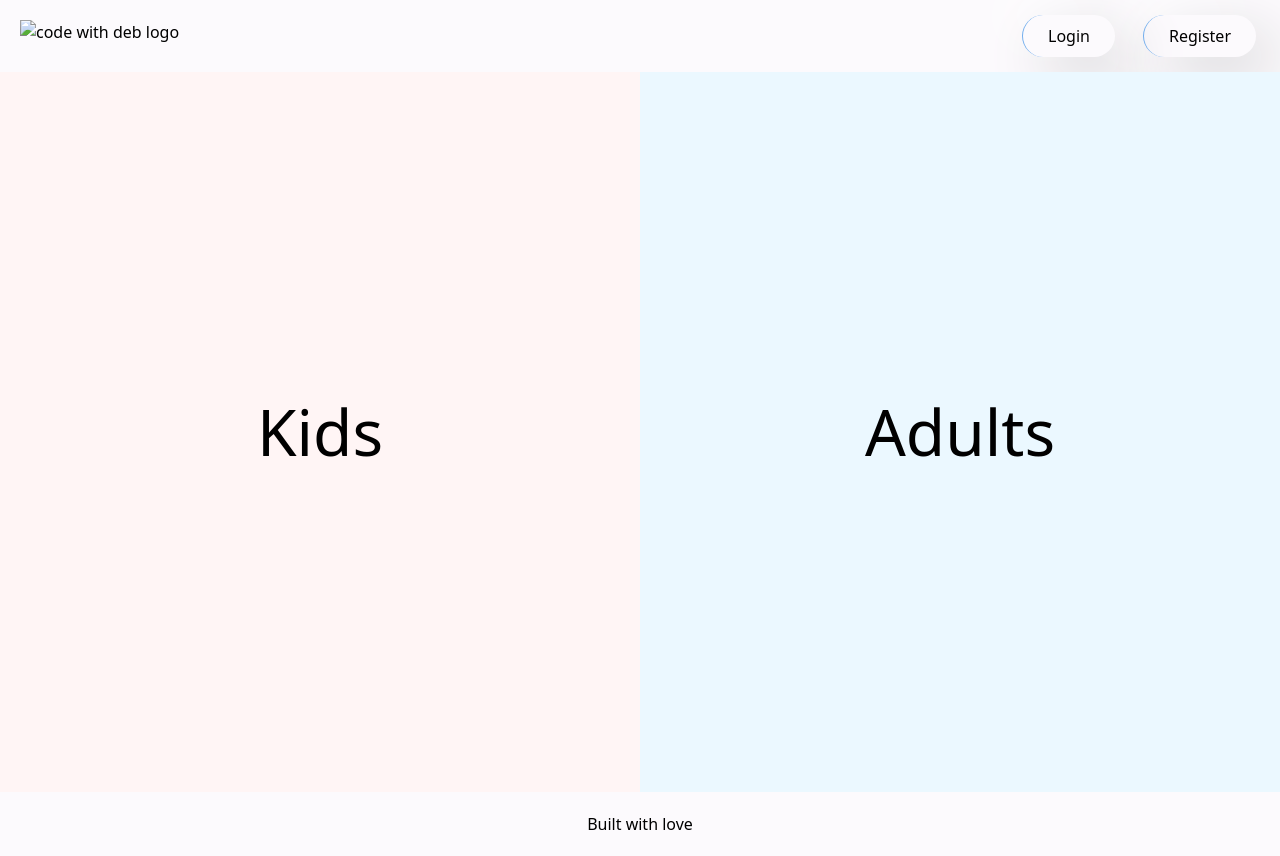
Repository: latenightsnacc/codewithdeb
Page: index.html
An editor plug-in stored every save of this project. The page is shown before and after the next save, followed by the edit.
The browser window is 1280 px wide. The pictures show the whole page.
The style sheet was rebuilt from its Sass, Less or Tailwind sources for each picture, by a compiler version that may differ from the author's.

Above is the page before, as saved 2020-11-25 14:41:13.

### index.html
<!DOCTYPE html>
<html lang="en">
<head>
    <meta charset="UTF-8">
    <meta name="viewport" content="width=device-width, initial-scale=1.0">
    <!--Tailwind CDN-->
    <link rel="stylesheet" href="https://cdnjs.cloudflare.com/ajax/libs/tailwindcss/1.9.6/base.min.css" integrity="sha512-hEjkvMSM0ql6VJcNK0gTmjt9ar8F2yHeBUbJKtyvQhkkbGMhiJ4+MaiB8XxsthLAHJx5vy2I9dN0un8HiWG2LA==" crossorigin="anonymous" />
    <link rel="stylesheet" href="https://cdnjs.cloudflare.com/ajax/libs/tailwindcss/1.9.6/components.min.css" integrity="sha512-TizAONqhvXjEfRPhptSUkZNVU497PzAnXNGNUoeOjeni4dHpJ+ak+ZsyoGna20LH/yg1PvdufN1VbnVQeVDftg==" crossorigin="anonymous" />
    <link rel="stylesheet" href="https://cdnjs.cloudflare.com/ajax/libs/tailwindcss/1.9.6/tailwind.css" integrity="sha512-HY1FOTeAX9idUBWDhVDrBg8QUHBisKVQ4BCVj1jFo5z76mk87w4Rr5YGP8nBkcGmoMzqYvdeXHMOg/olF45z3g==" crossorigin="anonymous" />
    <link rel="stylesheet" href="https://cdnjs.cloudflare.com/ajax/libs/tailwindcss/1.9.6/utilities.min.css" integrity="sha512-0QJfuLKyYJWGB5hKArJW67xqMLDlR8YaLM/ZuW2mRn4NRwHNsGm7UuREc5Fu7jONHyewPKnGODY0N8G+FQbfxg==" crossorigin="anonymous" />
    <link rel="stylesheet" href="styling/stylesheet.css">
    <title>Welcome to Code with Deb</title>
</head>
<body class="overflow-x-hidden light-bg">
    <!--Header-->
    <nav class="container">
        <div class="nav  w-full flex flex-row justify-between p-5">
            <!--Logo-->
            <a href="index.html">
                <img src="#" alt="code with deb logo">
            </a>
            <ul class="menu flex flex-row">
                <li class="nav-item m-1">
                    <a href="#" class="nav-link">Login</a>
                </li>
                <li class="nav-item m-1">
                    <a href="#" class="nav-link">Register</a>
                </li>
            </ul>
        </div>
    </nav>
    <!--End of Header-->

     <!--Content-->
    <main class="wrapper">
        <div class="container ">
            <div class="flex flex-row w-screen">
                <div class="w-1/2 h-screen flex items-center bg-red-100 justify-center">
                    <h1 class="text-6xl">Kids</h1>
                </div>
                <div class="w-1/2 h-screen flex items-center bg-blue-100 justify-center">
                    <h1 class="text-6xl">Adults</h1>
                </div>
            </div>
        </div>
    </main>
    <!--End of content-->

    <footer class="footer">
        <div class="container">
            <p class="text-center p-5">Built with love</p>
        </div>
    </footer>

    <!--Bootstrap Scripts-->
    <script src="https://code.jquery.com/jquery-3.5.1.slim.min.js" integrity="sha384-DfXdz2htPH0lsSSs5nCTpuj/zy4C+OGpamoFVy38MVBnE+IbbVYUew+OrCXaRkfj" crossorigin="anonymous"></script>
    <script src="https://cdn.jsdelivr.net/npm/popper.js@1.16.1/dist/umd/popper.min.js" integrity="sha384-9/reFTGAW83EW2RDu2S0VKaIzap3H66lZH81PoYlFhbGU+6BZp6G7niu735Sk7lN" crossorigin="anonymous"></script>
    <script src="https://cdn.jsdelivr.net/npm/bootstrap@4.5.3/dist/js/bootstrap.min.js" integrity="sha384-w1Q4orYjBQndcko6MimVbzY0tgp4pWB4lZ7lr30WKz0vr/aWKhXdBNmNb5D92v7s" crossorigin="anonymous"></script>
</body>
</html>

### styling/stylesheet.scss
@import 'variables';

.light-bg {
    background-color: $light;
}
.dark-bg {
    background-color: $dark;
}
.nav-link {
    padding: 10px 25px;
    box-shadow: $bsIn;
    margin-left: 20px;
    border-radius: 30px;
    border-left: 1px $blue solid;

    &:hover {
        box-shadow: $bsOut;

        border: 1px $blue solid;
    }
}

### styling/_variables.scss
$light: #fcfafd;
$dark: #000000;
$bsIn: 20px 20px 60px #d6d5d7,
-20px -20px 60px #ffffff;
$bsOut: -13px -13px 25px #d6d5d7,
13px 13px 25px #ffffff;
$blue: #71aded;
$blue2: #0263e4;

After the next save:
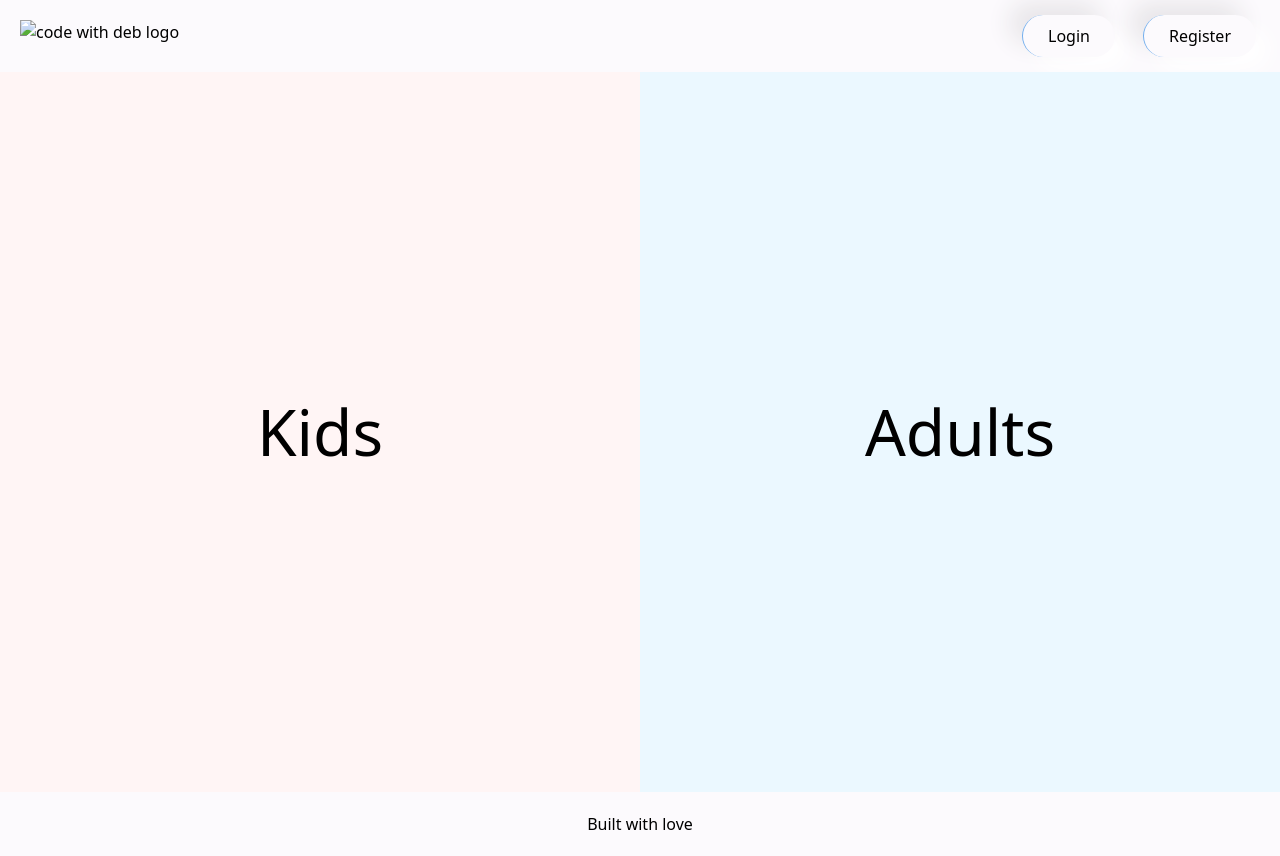
Saved 45 s later.
--- a/styling/_variables.scss
+++ b/styling/_variables.scss
@@ -1,7 +1,7 @@
 $light: #fcfafd;
 $dark: #000000;
-$bsIn: 20px 20px 60px #d6d5d7,
--20px -20px 60px #ffffff;
+$bsIn: -13px -13px 25px #e8e6e9,
+13px 13px 25px #ffffff;
 $bsOut: -13px -13px 25px #d6d5d7,
 13px 13px 25px #ffffff;
 $blue: #71aded;
